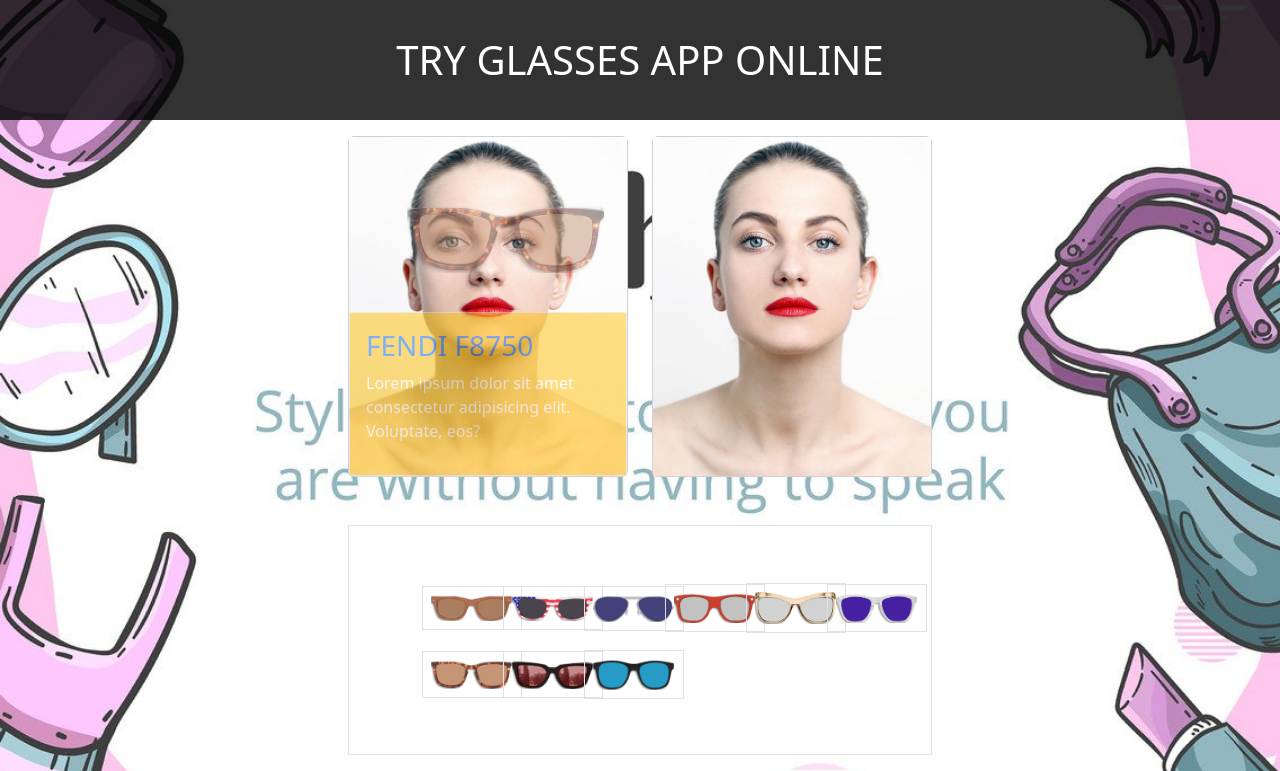
Repository: akira17518/React_JS_Glasses
Page: /
These files come from the project's save history. The page is drawn as it stood at one moment and after the next save; the edit follows.
The browser window is 1280 px wide. The pictures show the whole page.
The project was rebuilt for these pictures with package versions that can differ from the ones it lists, and the page was loaded fresh each time.

Above is the page before, as saved 2023-05-10 10:56:48.

After the next save:
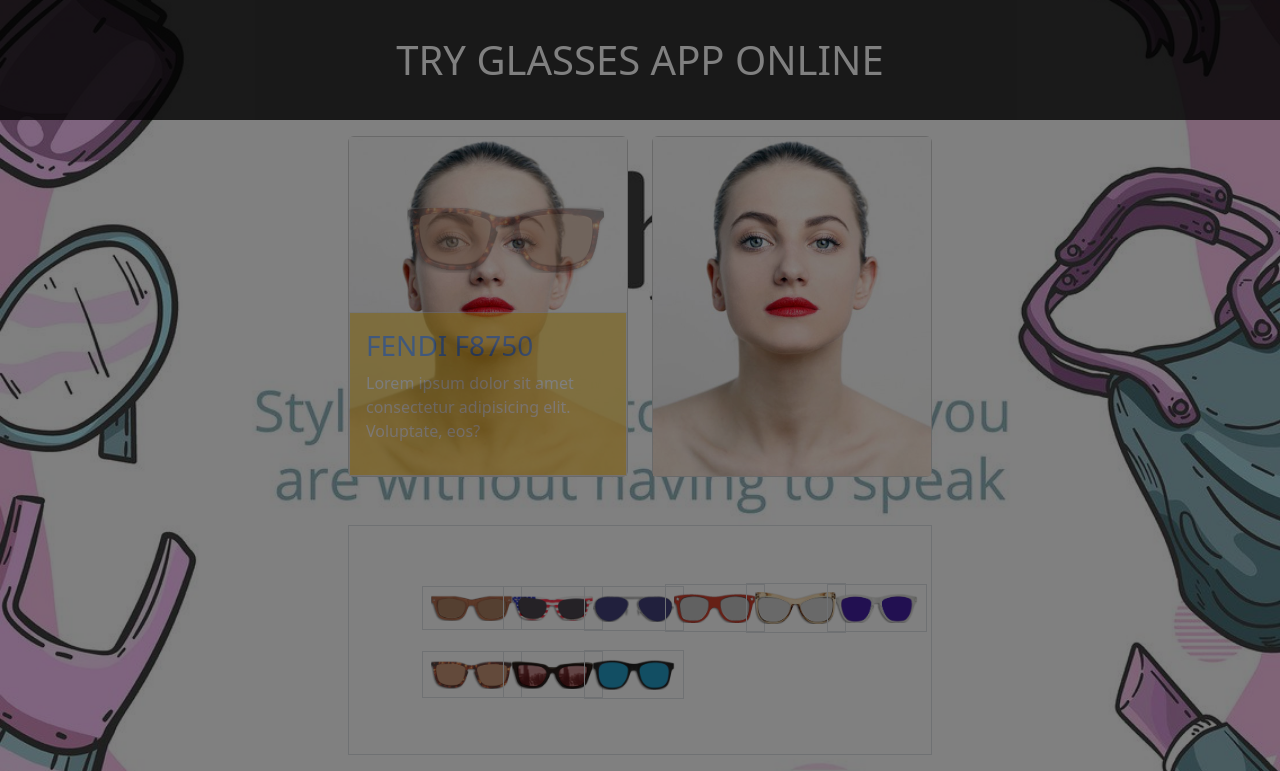
Saved 53 s later.
--- a/src/assets/app.module.css
+++ b/src/assets/app.module.css
@@ -3,4 +3,5 @@
     background-position: center;
     background-repeat: no-repeat;
     background-size: cover;
+    filter: brightness(0.5);
 }
